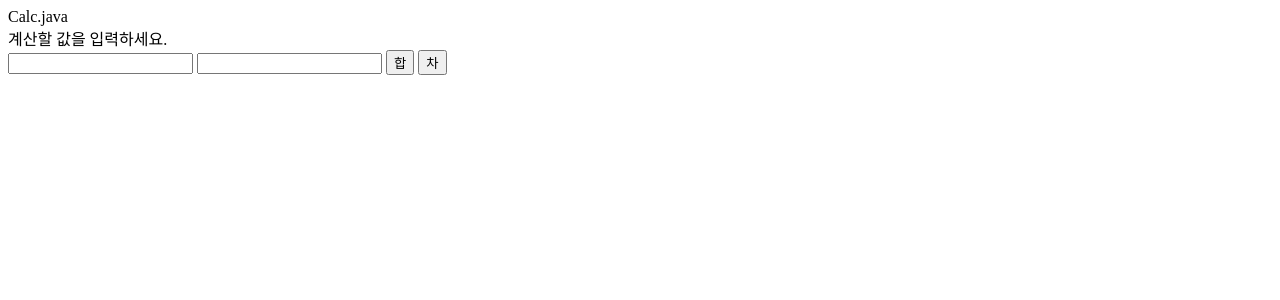
Repository: kwondam/servlet
Page: workspace/JSPPrj/WebContent/calc2.html
An editor plug-in stored every save of this project. The page is shown before and after the next save, followed by the edit.
The browser window is 1280 px wide. The pictures show the whole page.

Above is the page before, as saved 2020-03-25 12:51:37.

### workspace/JSPPrj/WebContent/calc2.html
Calc.java<!DOCTYPE html>
<html>
<head>
<meta charset="UTF-8">
<title>Insert title here</title>
</head>
<body>
	<form action="calc2" method="post">
	<div> 계산할 값을 입력하세요.</div>
	<div>
		<input type="text" name="x"/>
		<input type="text" name="y"/>
		<input type="submit" name="operator" value="합"/>
		<input type="submit" name="operator" value="차"/>
	</div>
	</form>
</body>
</html>

After the next save:
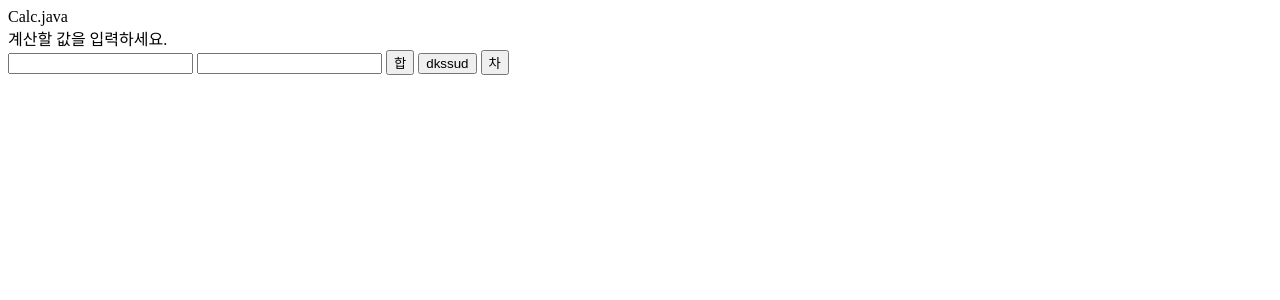
Saved 3 min 31 s later.
--- a/workspace/JSPPrj/WebContent/calc2.html
+++ b/workspace/JSPPrj/WebContent/calc2.html
@@ -11,6 +11,7 @@ Calc.java<!DOCTYPE html>
 		<input type="text" name="x"/>
 		<input type="text" name="y"/>
 		<input type="submit" name="operator" value="합"/>
+		<input type="submit" name="operator" value="dkssud"/>
 		<input type="submit" name="operator" value="차"/>
 	</div>
 	</form>
